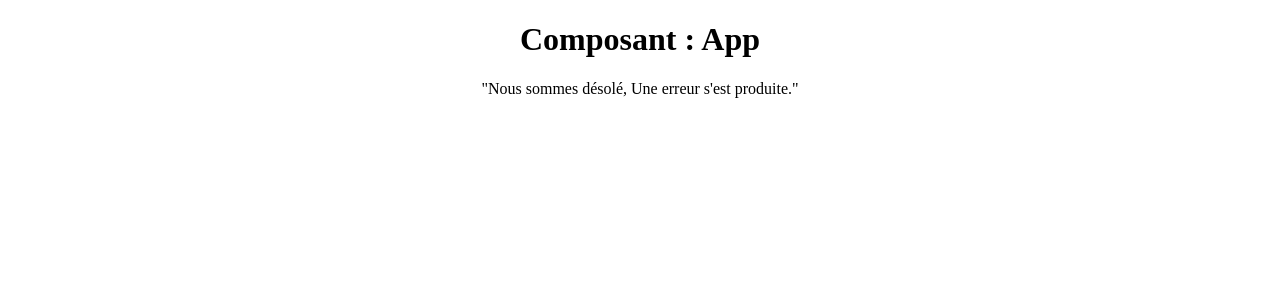
Repository: Emma-chaps/Shared-Organizer_Front
Page: /
The author's editor kept a copy of each file at every save. The page is drawn from the files as they stood at one save, then again after the next save.
The browser window is 1280 px wide. The pictures show the whole page.
The project was rebuilt for these pictures with package versions that can differ from the ones it lists, and the page was loaded fresh each time.

Above is the page before, as saved 2021-04-12 15:14:25.

### src/components/App/index.js
// == Import npm
import React from 'react';
import NotFound from 'src/components/NotFound';

// == Import
import './styles.scss';

// == Composant
const App = () => (
  <div className="app">
    <h1>Composant : App</h1>
    < NotFound />
  </div>
);

// == Export
export default App;

### src/components/NotFound/index.js
import React from 'react';

// import Page from 'src/components/Page';


const Error = () => (
  <div

      title="Erreur">
      <h1></h1>"Nous sommes désolé, Une erreur s'est produite."

</div>
);

export default Error;

Loaded but not shown: src/index.js (common file); src/components/App/styles.scss (common file)

After the next save:
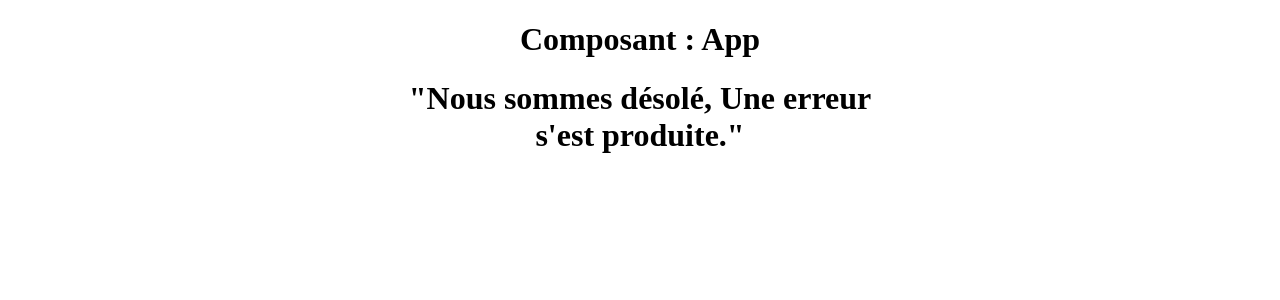
Saved 6 s later.
--- a/src/components/NotFound/index.js
+++ b/src/components/NotFound/index.js
@@ -7,7 +7,7 @@ const Error = () => (
   <div
 
       title="Erreur">
-      <h1></h1>"Nous sommes désolé, Une erreur s'est produite."
+      <h1>"Nous sommes désolé, Une erreur s'est produite."</h1>
 
 </div>
 );
